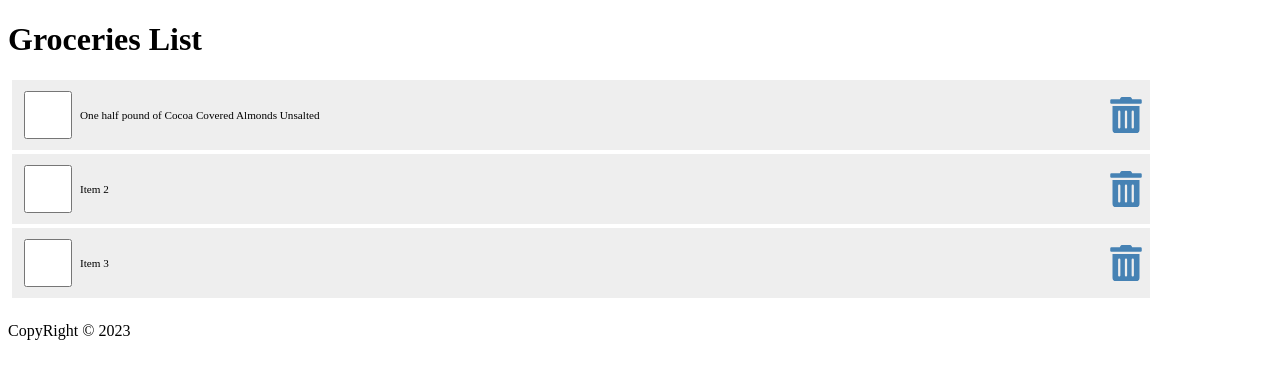
Repository: akinmiday/react-series
Page: /
The author's editor kept a copy of each file at every save. The page is drawn from the files as they stood at one save, then again after the next save.
The browser window is 1280 px wide. The pictures show the whole page.
The project was rebuilt for these pictures with package versions that can differ from the ones it lists, and the page was loaded fresh each time. Also part of the build but not shown: vite.config.js, src/index.css.

Above is the page before, as saved 2023-08-21 18:53:39.

After the next save:
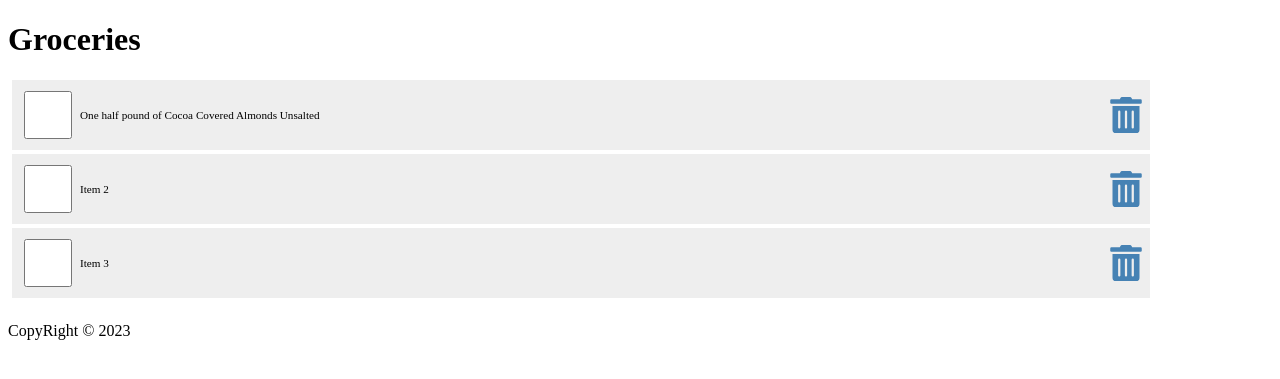
Saved 43 s later.
--- a/src/Header.jsx
+++ b/src/Header.jsx
@@ -1,7 +1,7 @@
-const Header = () => {
+const Header = (props) => {
     return (
         <header>
-            <h1>Groceries List</h1>
+            <h1>{props.title}</h1>
         </header>
     )
 }
